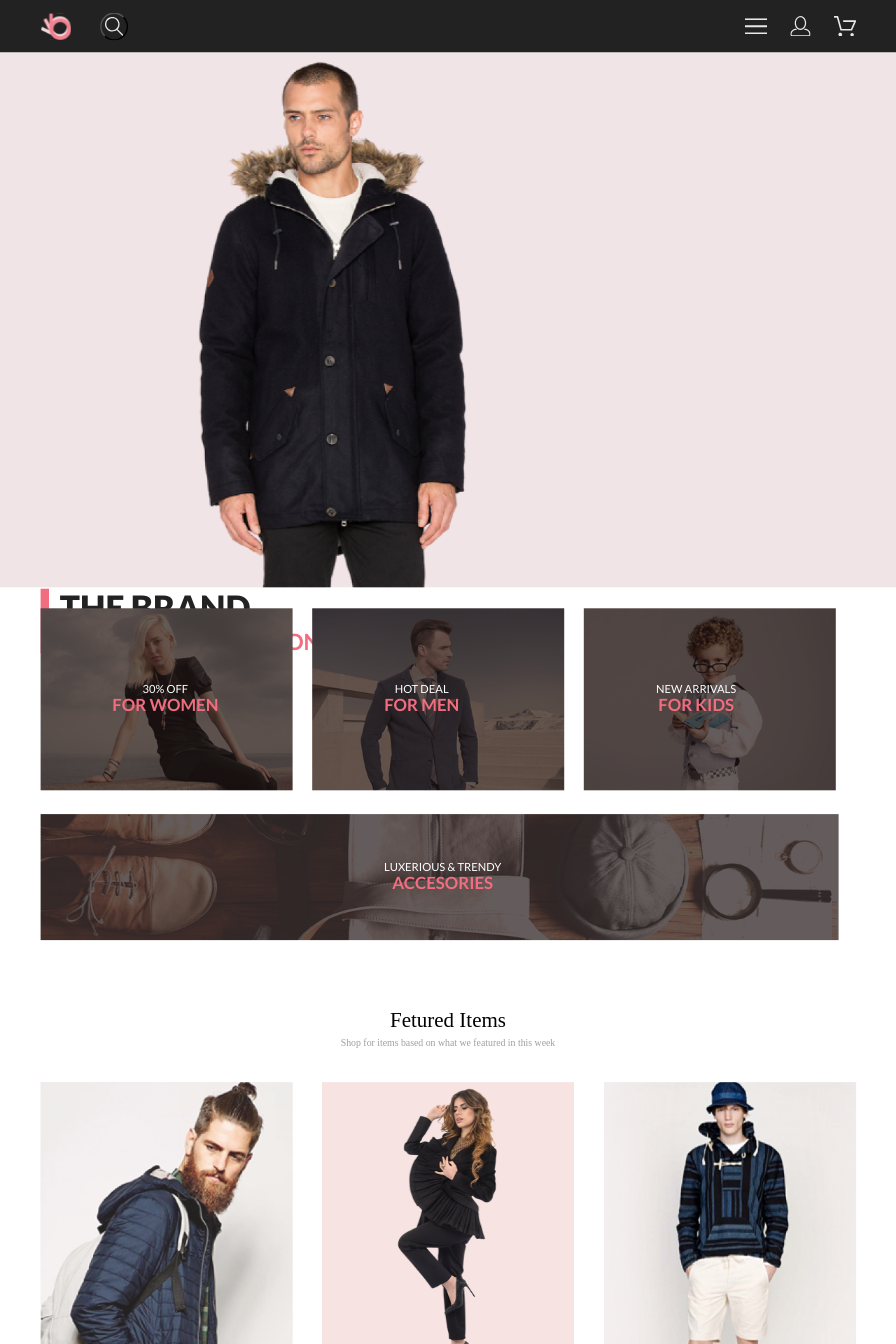
Repository: shtepaa/work-show-linkid
Page: les01/index.html
These files come from the project's save history. The page is drawn as it stood at one moment and after a run of saves; the edit follows.
The browser window is 1280 px wide. The pictures show the part of the page from y = 0 to 1920 px (the page is 3886 px tall), at 70% of full size.

Above is the page before, as saved 2022-02-15 11:35:27.

After the next 3 saves:
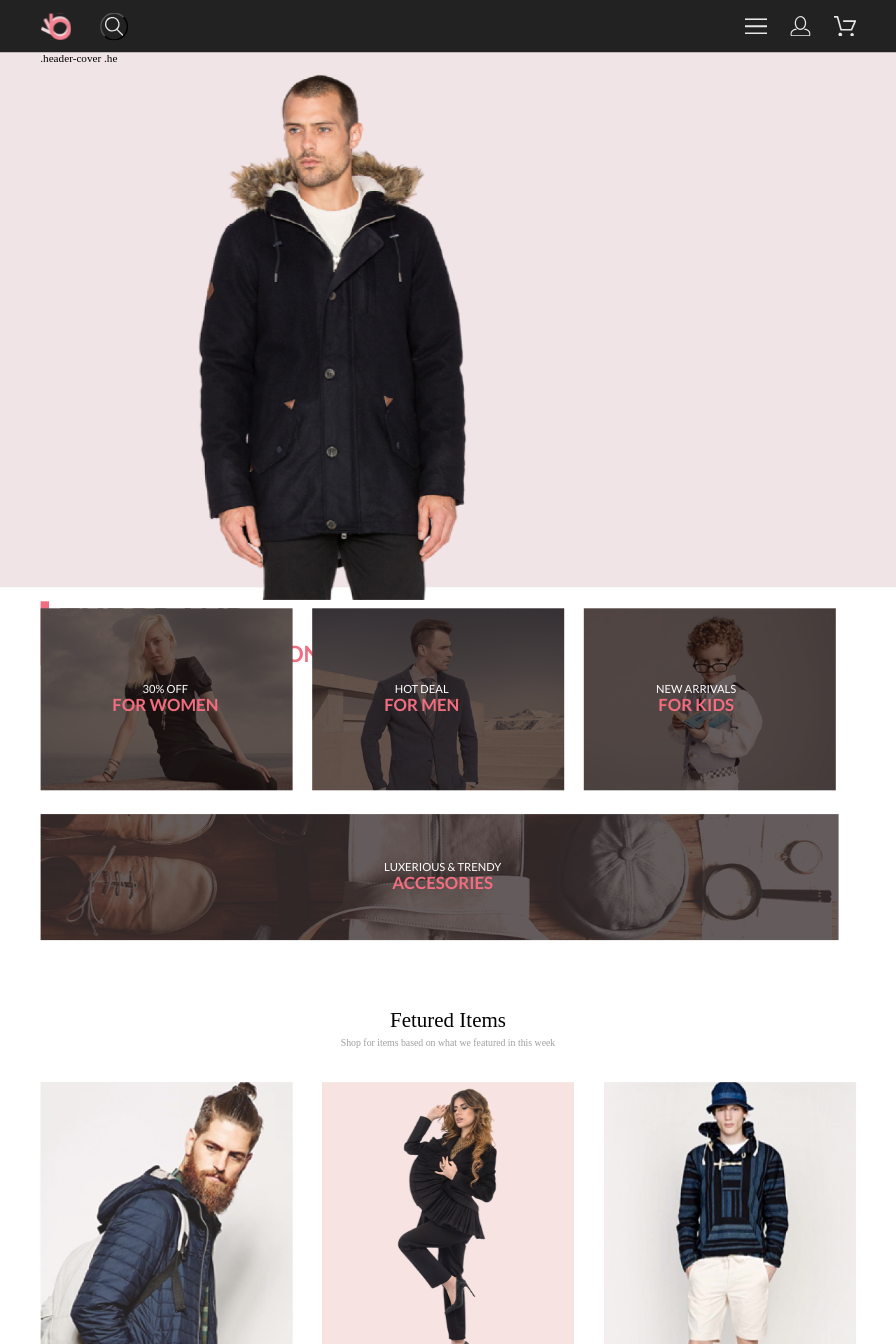
The 3 saves are shown as one change because they came seconds apart.
The last was saved 9 s later.
--- a/les01/index.html
+++ b/les01/index.html
@@ -73,7 +73,8 @@
         <!-- Второй блок -->
         <div class="header-section">
           <div class="container">
-
+            .header-cover
+            .he
             <div class="header-image">
               <img class="header-man"  src="img/man.png" alt="man" />
             </div>

After the 2 saves that followed:
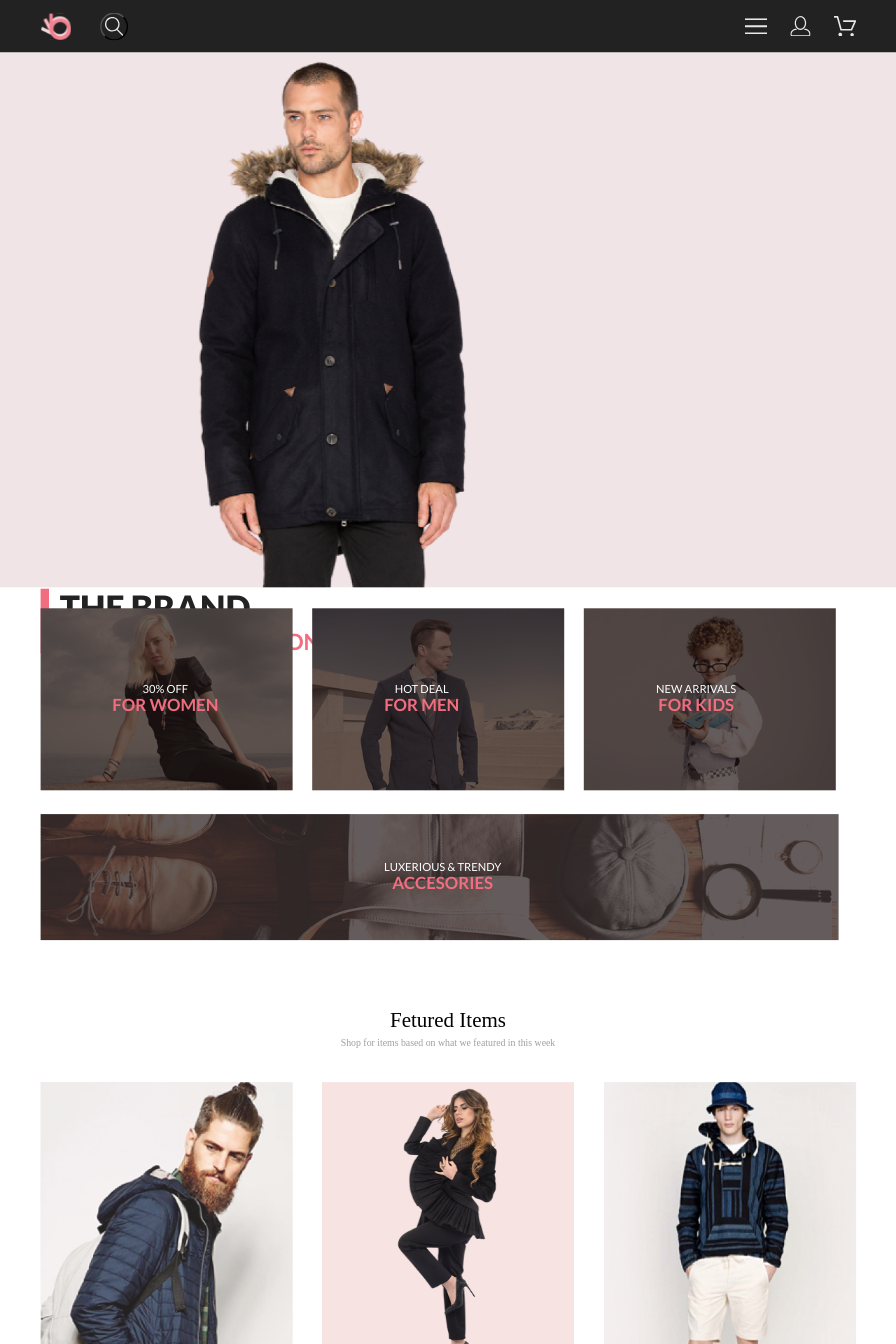
The 2 saves are shown as one change because they came seconds apart.
The last was saved 9 s later.
--- a/les01/index.html
+++ b/les01/index.html
@@ -73,8 +73,8 @@
         <!-- Второй блок -->
         <div class="header-section">
           <div class="container">
-            .header-cover
-            .he
+
+            <div class="header-cover"></div>
             <div class="header-image">
               <img class="header-man"  src="img/man.png" alt="man" />
             </div>
